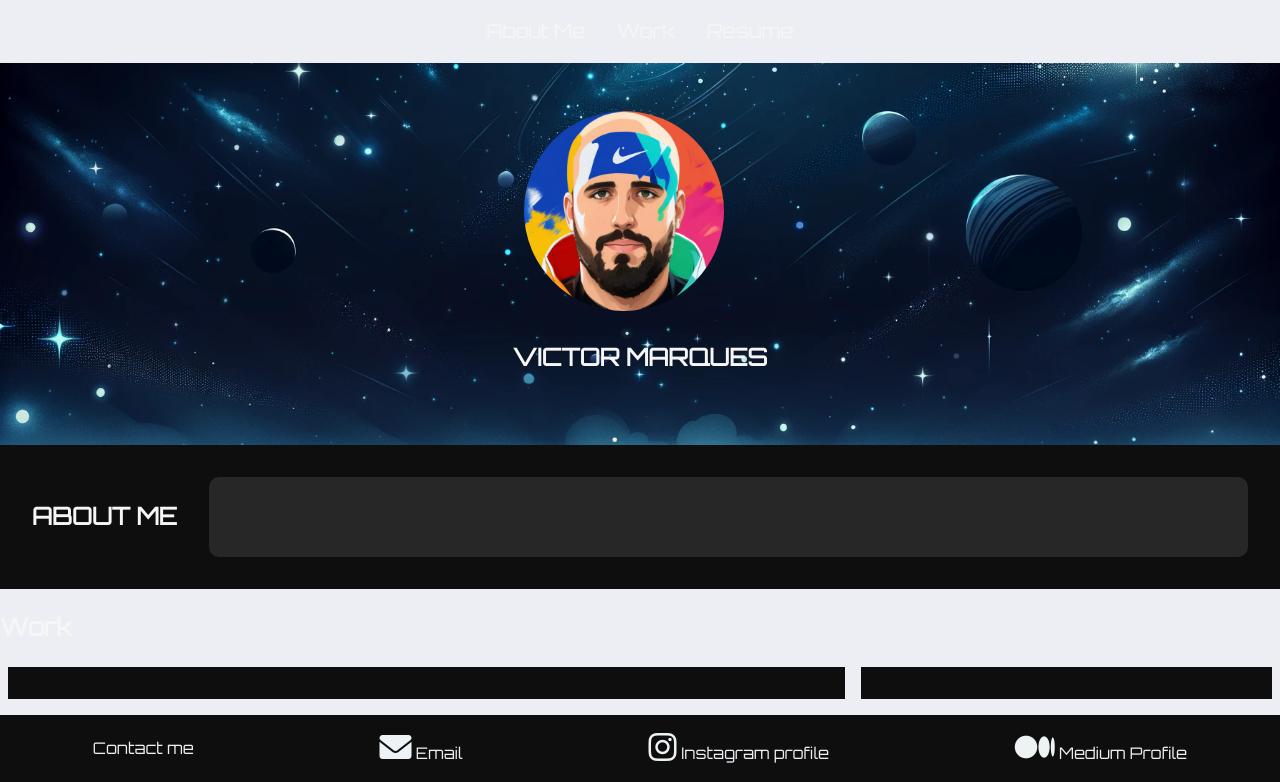
Repository: uvee35/Challenge2-Victor
Page: index.html
The author's editor kept a copy of each file at every save. The page is drawn from the files as they stood at one save, then again after the next save.
The browser window is 1280 px wide. The pictures show the whole page.

Above is the page before, as saved 2023-12-11 20:58:27.

### index.html
<!DOCTYPE html>
<html lang="en-gb">
  <head>
    <meta charset="UTF-8" />
    <meta name="viewport" content="width=device-width, initial-scale=1.0" />
    <meta http-equiv="X-UA-Compatible" content="ie=edge" />
    <title>Victor Marques Portfolio</title>
    <link rel="stylesheet" href="assets/style.css" />
    <link
      href="https://cdnjs.cloudflare.com/ajax/libs/font-awesome/6.0.0-beta3/css/all.min.css"
      rel="stylesheet"
    />
    <link
      href="https://fonts.googleapis.com/css?family=Orbitron&display=swap"
      rel="stylesheet"
    />
  </head>

  <body>
    <header class="header">
      <nav class="header__nav">
        <ul class="nav__list">
          <li class="nav__item">
            <a href="#about" class="nav__link">About Me</a>
          </li>
          <li class="nav__item"><a href="#work" class="nav__link">Work</a></li>
          <li class="nav__item">
            <a href="#resume" class="nav__link">Resume</a>
          </li>
        </ul>
      </nav>
    </header>

    <section class="hero-banner">
      <div class="hero-banner__content">
        <img src="..///assets/victor.JPG" alt="Victor" class="about__image" />
        <h1>VICTOR MARQUES</h1>
      </div>
    </section>

    <main class="page-wrapper">
      <section class="about-section">
        <h2 class="about-title">ABOUT ME</h2>
        <div class="about-box">
          <p class="about-me-text">
            <!-- Your about me text -->
          </p>
        </div>
      </section>

      <section class="page-section" id="work">
        <h2>Work</h2>
        <div class="work__projects">
          <div class="project project--featured"></div>
          <div class="project">
            <!-- Other project content -->
          </div>
          <!-- Repeat for other projects as necessary -->
        </div>
      </section>
    </main>

    <footer class="footer">
      <div class="footer__contact-info">
        <span class="footer__contact-header">Contact me</span>
        <a href="mailto:victormarquesrina@hotmail.com" class="contact-link">
          <i class="fas fa-envelope social-icon"></i>
          <span>Email</span>
        </a>
        <a href="https://www.instagram.com/Uvee35" class="contact-link">
          <i class="fab fa-instagram social-icon"></i>
          <span>Instagram profile</span>
        </a>
        <a href="https://medium.com/@victor5.vm58" class="contact-link">
          <i class="fab fa-medium social-icon"></i>
          <span>Medium Profile</span>
        </a>
      </div>
    </footer>
  </body>
</html>

### assets/style.css
:root {
  --primary-color: #edeef3;
  --secondary-color: #0e0e0e;
  --accent-color: #edf2f4;
  --font-color: #f6f6f6;
  --font-family: 'Orbitron', sans-serif;
}

*,
*::before,
*::after {
  box-sizing: border-box;
}

body {
  font-family: var(--font-family);
  color: var(--font-color);
  background-color: var(--primary-color);
  line-height: 1.6;
  margin: 0;
  padding: 0;
  display: flex;
  flex-direction: column;
  min-height: 100vh;
}

.he.header {
  display: flex;
  justify-content: center; /* This will center the navigation items */
  align-items: center; /* This will vertically center the items if the header has a specific height */
  padding: 1rem;
}


.nav__list {
  display: flex;
  justify-content: center; /* Center the list items horizontally */
  align-items: center; /* Center the list items vertically */
  list-style: none;
  padding: 0; /* Remove default padding */
}


.nav__item {
  margin: 0 1rem;
}

.nav__link {
  color: var(--font-color);
  text-decoration: none;
  font-size: 1.2rem;
}

.hero-banner {
  background-image: url('..//assets/background.png');
  background-size: cover;
  background-position: center;
  padding: 3rem 0;
  text-align: center;
  display: flex;
  align-items: center;
  justify-content: center;
}

.hero-banner__subtitle {
  color: var(--accent-color);
  font-size: 2rem;
  background: white; /* Remove any background color */
  display: inline-block;
  padding: 0.5rem 1rem;
}
.about__image {
  width: 200px;
  height: 200px;
  border-radius: 50%;
  object-fit: cover;
  margin-right: 2rem;
}

.about-section {
  background-color: var(--secondary-color);
  padding: 2rem;
  display: flex;
  justify-content: space-between;
  align-items: center;

}

.about-title {
  color: var(--font-color);
  font-size: 1.5rem;
  margin-right: 2rem; /* Adjust space between title and box */
}

.about-box {
  flex-grow: 1;
  background: rgba(255, 255, 255, 0.1); /* Semi-transparent white */
  padding: 2rem;
  border-radius: 10px;
  color: var(--font-color);
  font-size: 1rem;
  text-align: justify;
}

.work__projects {
  display: flex;
  flex-wrap: wrap;
  gap: 1rem;
  justify-content: center;
}

.project {
  background-color: var(--secondary-color);
  padding: 1rem;
  width: calc(33.333% - 1rem);
  margin-bottom: 1rem;
}

.project--featured {
  width: calc(66.666% - 1rem);
}

.project img {
  max-width: 100%;
  height: auto;
  border: 3px solid var(--accent-color);
}

.footer {
  background-color: var(--secondary-color);
  color: var(--primary-color);
  text-align: center;
  padding: 1rem 0;
  display: flex;
  justify-content: space-around;
  align-items: center;
  margin-top: auto; /* Pushes the footer to the bottom */
}

.footer a {
  color: var(--primary-color);
  text-decoration: none;
}

.footer__contact-info {
  display: flex;
  justify-content: space-around;
  align-items: center;
  width: 100%;
}

.social-icon {
  font-size: 2rem;
  color: var(--accent-color);
}

/* Media Queries for Responsive Design */
@media (max-width: 768px) {
  .project {
    width: calc(50% - 1rem);
  }

  .project--featured {
    width: 100%;
  }

  .about-box {
    width: 100%;
  }
}

@media (max-width: 480px) {
  .nav__list {
    flex-direction: column;
    align-items: center;
  }

  .nav__item {
    margin-bottom: 0.5rem;
  }

  .project,
  .project--featured {
    width: 100%;
  }

  .about-section {
    flex-direction: column;
    text-align: center;
  }

  .about-title {
    margin: 0 0 1rem 0;
  }
}

After the next save:
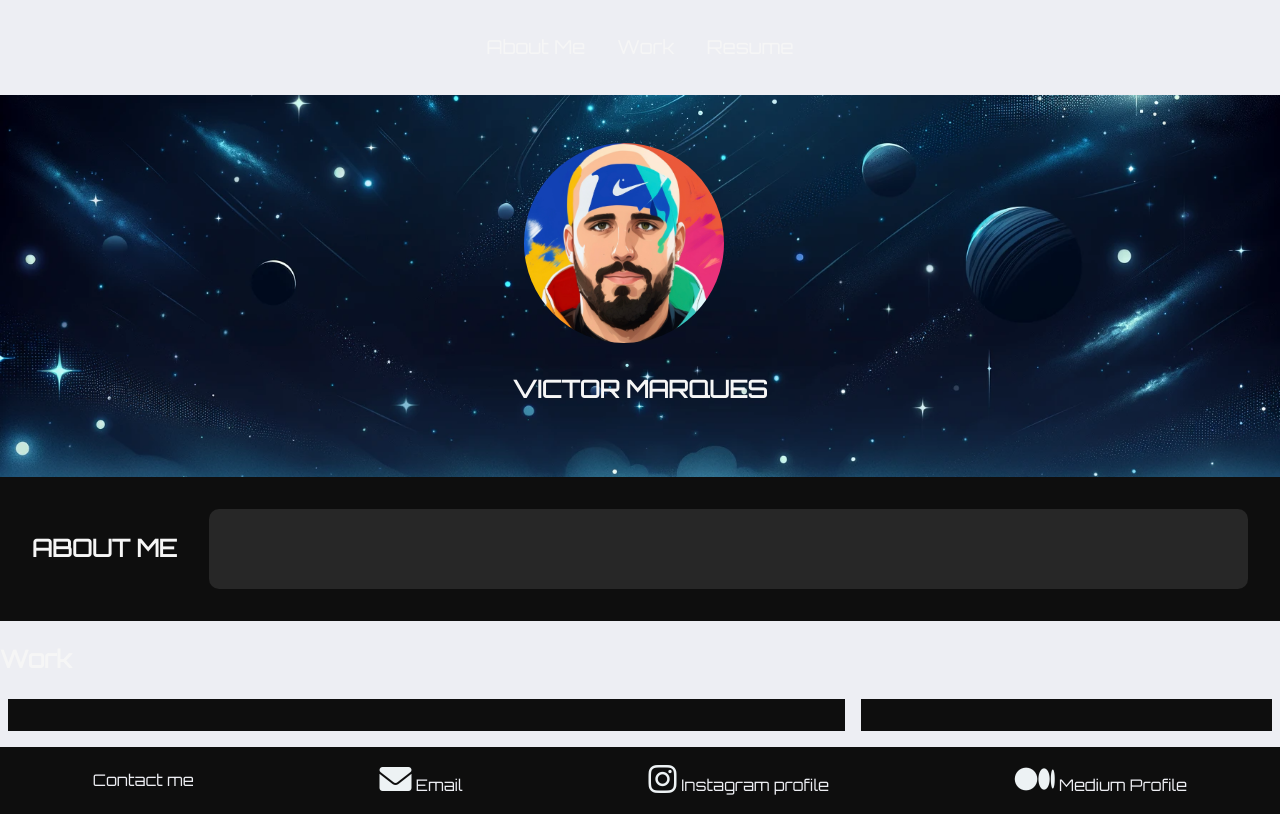
Saved 7 s later.
--- a/assets/style.css
+++ b/assets/style.css
@@ -24,7 +24,7 @@
   min-height: 100vh;
 }
 
-.he.header {
+.header {
   display: flex;
   justify-content: center; /* This will center the navigation items */
   align-items: center; /* This will vertically center the items if the header has a specific height */
